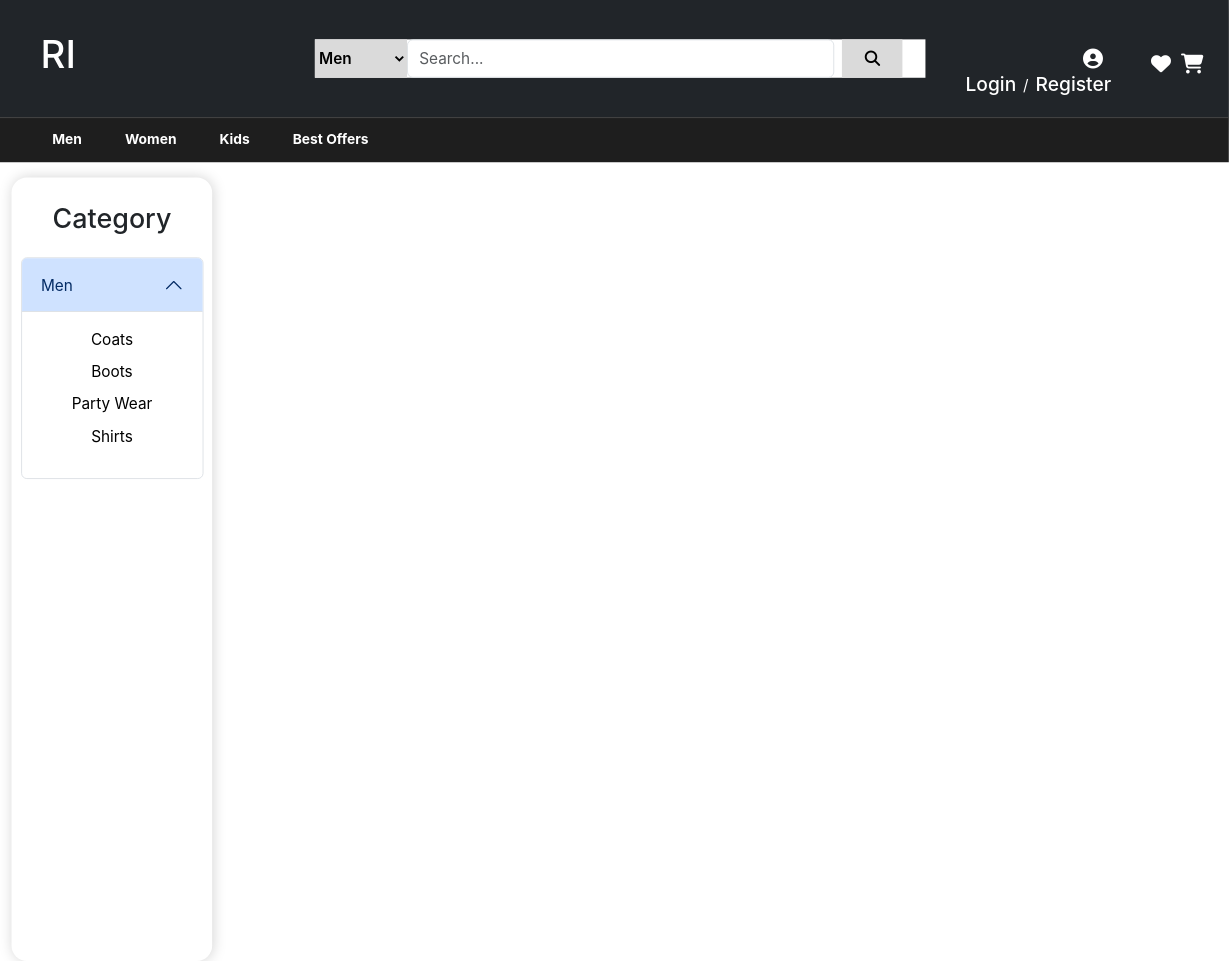
Repository: KodandaraoChellapilli/e-store
Page: /
An editor plug-in stored every save of this project. The page is shown before and after a run of saves, followed by the edit.
The browser window is 1280 px wide. The pictures show the whole page, at 96% of full size.
The project was rebuilt for these pictures with package versions that can differ from the ones it lists, and the page was loaded fresh each time. Also part of the build but not shown: src/App.css.

Above is the page before, as saved 2025-06-09 17:16:13.

After the next 2 saves:
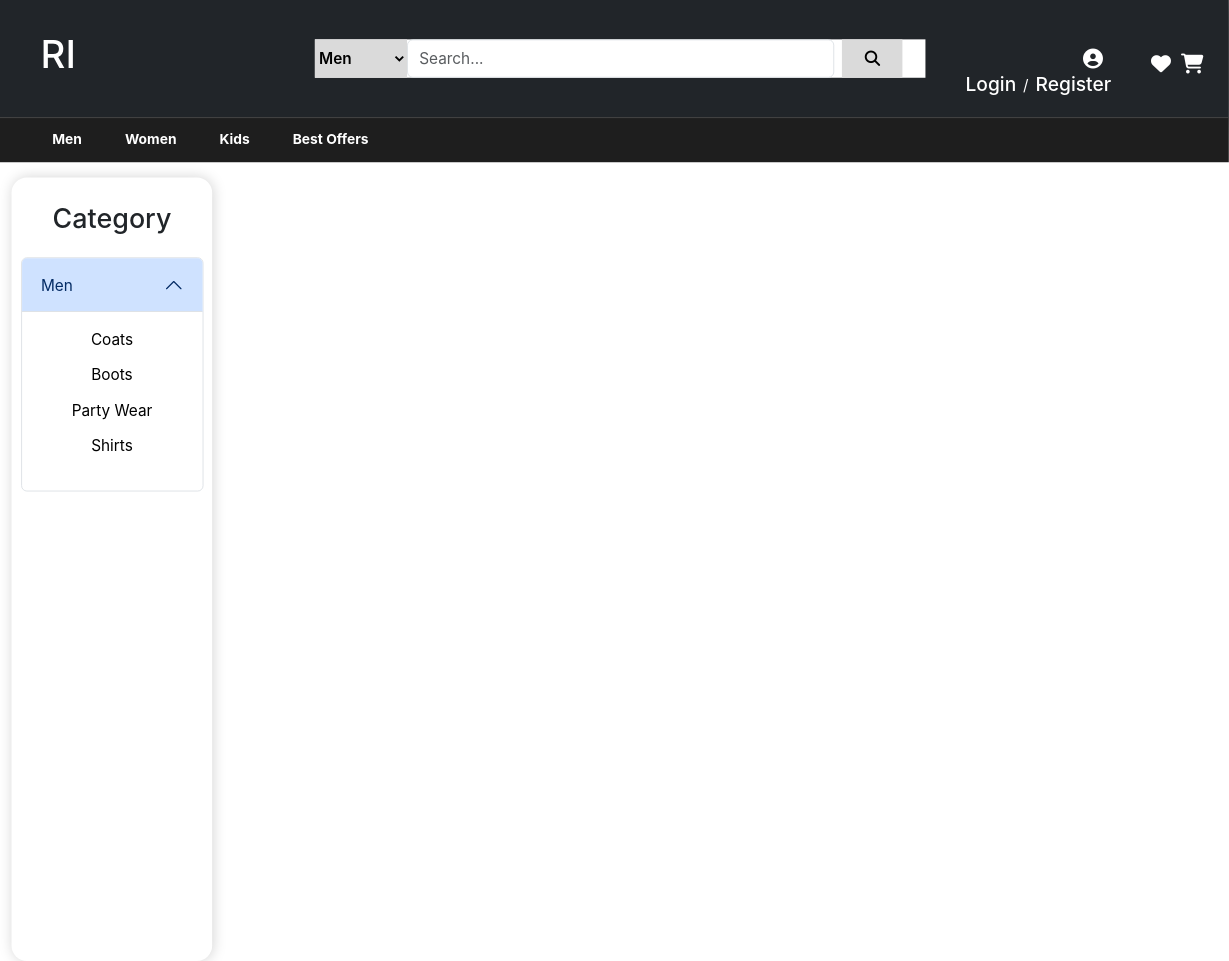
The 2 saves are shown as one change because 1 did not build or start.
The last was saved 99 s later.
--- a/src/Components/SideNav/_side-nav.scss
+++ b/src/Components/SideNav/_side-nav.scss
@@ -1,4 +1,5 @@
 @import "../../style/sass/mixins";
+@import "../../style/sass/variables";
 
 .side-nav{
     margin-top: 1em;
@@ -28,6 +29,7 @@
             a{
                 text-decoration: none; // Removes underline from linls
                 color: black; // Makes link text black
+                @include underline-transition(1); // Applies underline transition effect
             }
         }
     }
